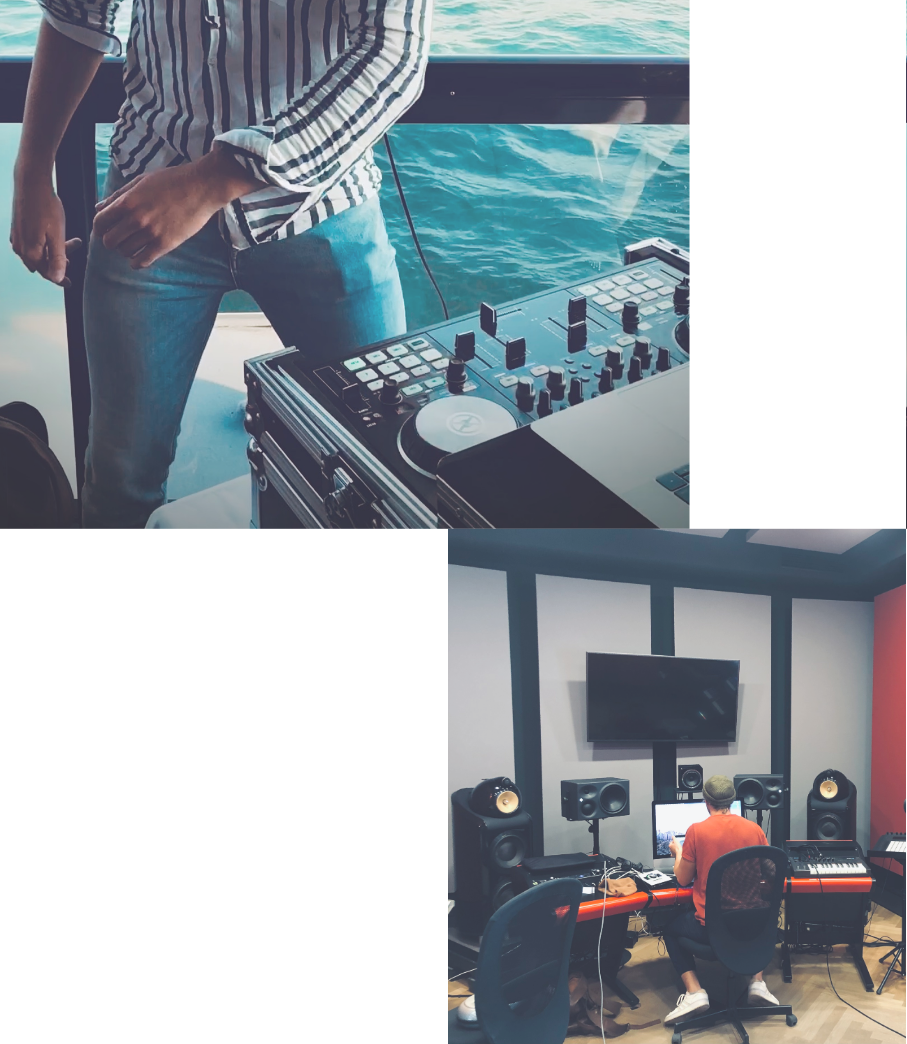
Repository: schweizercode/schweezzy
Page: /
The author's editor kept a copy of each file at every save. The page is drawn from the files as they stood at one save, then again after the next save.
The browser window is 1280 px wide. The page is 1295 px wide, so the pictures cover 1295 px, including what lies to the right of the window. The pictures show the part of the page from y = 1078 to 2958 px (the page is 2570 px tall before and 2958 px after), at 70% of full size.
The project was rebuilt for these pictures with package versions that can differ from the ones it lists, and the page was loaded fresh each time.

Above is the page before, as saved 2021-04-14 13:51:19.

### public/index.html
<!DOCTYPE html>
<html lang="en">

<head>
  <meta charset="utf-8" />
  <link rel="icon" href="%PUBLIC_URL%/favicon.ico" />
  <meta name="viewport" content="width=device-width, initial-scale=1" />
  <meta name="theme-color" content="#000000" />
  <meta name="description" content="Web site created using create-react-app" />
  <link rel="apple-touch-icon" href="%PUBLIC_URL%/logo192.png" />
  <link rel="stylesheet" href="https://cdn.jsdelivr.net/npm/bootstrap@4.6.0/dist/css/bootstrap.min.css"
    integrity="sha384-B0vP5xmATw1+K9KRQjQERJvTumQW0nPEzvF6L/Z6nronJ3oUOFUFpCjEUQouq2+l" crossorigin="anonymous" />
  <!--
      manifest.json provides metadata used when your web app is installed on a
      user's mobile device or desktop. See https://developers.google.com/web/fundamentals/web-app-manifest/
    -->
  <link rel="manifest" href="%PUBLIC_URL%/manifest.json" />
  <!--
      Notice the use of %PUBLIC_URL% in the tags above.
      It will be replaced with the URL of the `public` folder during the build.
      Only files inside the `public` folder can be referenced from the HTML.

      Unlike "/favicon.ico" or "favicon.ico", "%PUBLIC_URL%/favicon.ico" will
      work correctly both with client-side routing and a non-root public URL.
      Learn how to configure a non-root public URL by running `npm run build`.
    -->
  <title>React App</title>
</head>

<body>
  <noscript>You need to enable JavaScript to run this app.</noscript>
  <div id="root"></div>
  <!--
      This HTML file is a template.
      If you open it directly in the browser, you will see an empty page.

      You can add webfonts, meta tags, or analytics to this file.
      The build step will place the bundled scripts into the <body> tag.

      To begin the development, run `npm start` or `yarn start`.
      To create a production bundle, use `npm run build` or `yarn build`.
    -->
</body>

</html>

### src/App.js
import React from 'react';
import './App.css';
import Navbar from './Navbar.js';
import Mainpage from './Mainpage.js';


function App() {
  return (
    <div className="App">
      <Navbar />
      <Mainpage />

    </div>
  );
}

export default App;

### src/Navbar.js
import { React } from 'react';
import * as ReactBootStrap from 'react-bootstrap';


function Nav() {
    return (

        <>
            <ReactBootStrap.Navbar collapseOnSelect expand="lg" bg="dark" variant="dark">
                <ReactBootStrap.Navbar.Brand href="#home">Logo</ReactBootStrap.Navbar.Brand>
                <ReactBootStrap.Navbar.Toggle aria-controls="responsive-navbar-nav" />
                <ReactBootStrap.Navbar.Collapse id="responsive-navbar-nav">
                    <ReactBootStrap.Nav className="mr-auto">
                        <ReactBootStrap.Nav.Link href="#features">Features</ReactBootStrap.Nav.Link>
                        <ReactBootStrap.Nav.Link href="#pricing">Pricing</ReactBootStrap.Nav.Link>
                        {/* <ReactBootStrap.NavDropdown title="Dropdown" id="collasible-nav-dropdown">
                            <ReactBootStrap.NavDropdown.Item href="#action/3.1">Action</ReactBootStrap.NavDropdown.Item>
                            <ReactBootStrap.NavDropdown.Item href="#action/3.2">Another action</ReactBootStrap.NavDropdown.Item>
                            <ReactBootStrap.NavDropdown.Item href="#action/3.3">Something</ReactBootStrap.NavDropdown.Item>
                            <ReactBootStrap.NavDropdown.Divider />
                            <ReactBootStrap.NavDropdown.Item href="#action/3.4">Separated link</ReactBootStrap.NavDropdown.Item>
                        </ReactBootStrap.NavDropdown> */}
                    </ReactBootStrap.Nav>
                    <ReactBootStrap.Nav>
                        <ReactBootStrap.Nav.Link href="#deets">More deets</ReactBootStrap.Nav.Link>
                        <ReactBootStrap.Nav.Link eventKey={2} href="#memes">
                            Dank memes
      </ReactBootStrap.Nav.Link>
                    </ReactBootStrap.Nav>
                </ReactBootStrap.Navbar.Collapse>
            </ReactBootStrap.Navbar>
        </>

    );
}

export default Nav;

### src/Mainpage.js
import React from 'react';
import img1 from './images/dj.jpg';
import img2 from './images/producer.jpg';




function Mainpage() {
    return (

        <div class='row'>
            <div class='column'>
                <img src={img1} alt="" style={{ width: '1000px', float: 'left', opacity: '0.8' }} />

            </div>

            <div class='column'>
                <img src={img2} alt="" style={{ width: '50%', float: 'right', opacity: '0.8' }} />
            </div>
        </div>



    );
}



export default Mainpage;

Loaded but not shown: src/index.js (common file); src/index.css (common file); src/reportWebVitals.js (common file); src/App.css (common file)

After the next save:
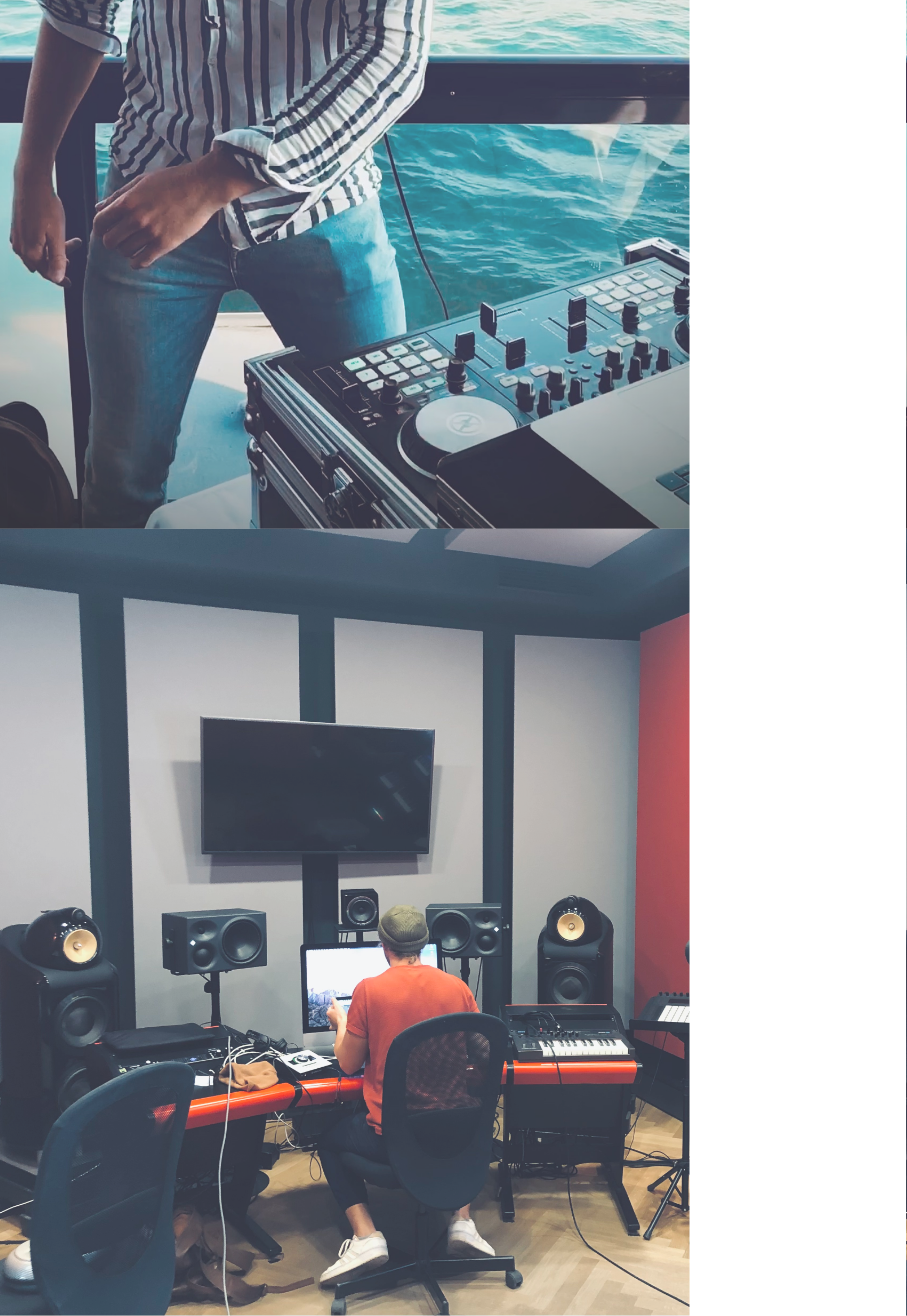
Saved 13 s later.
--- a/src/Mainpage.js
+++ b/src/Mainpage.js
@@ -15,7 +15,7 @@ function Mainpage() {
             </div>
 
             <div class='column'>
-                <img src={img2} alt="" style={{ width: '50%', float: 'right', opacity: '0.8' }} />
+                <img src={img2} alt="" style={{ width: '1000px', float: 'right', opacity: '0.8' }} />
             </div>
         </div>
 
